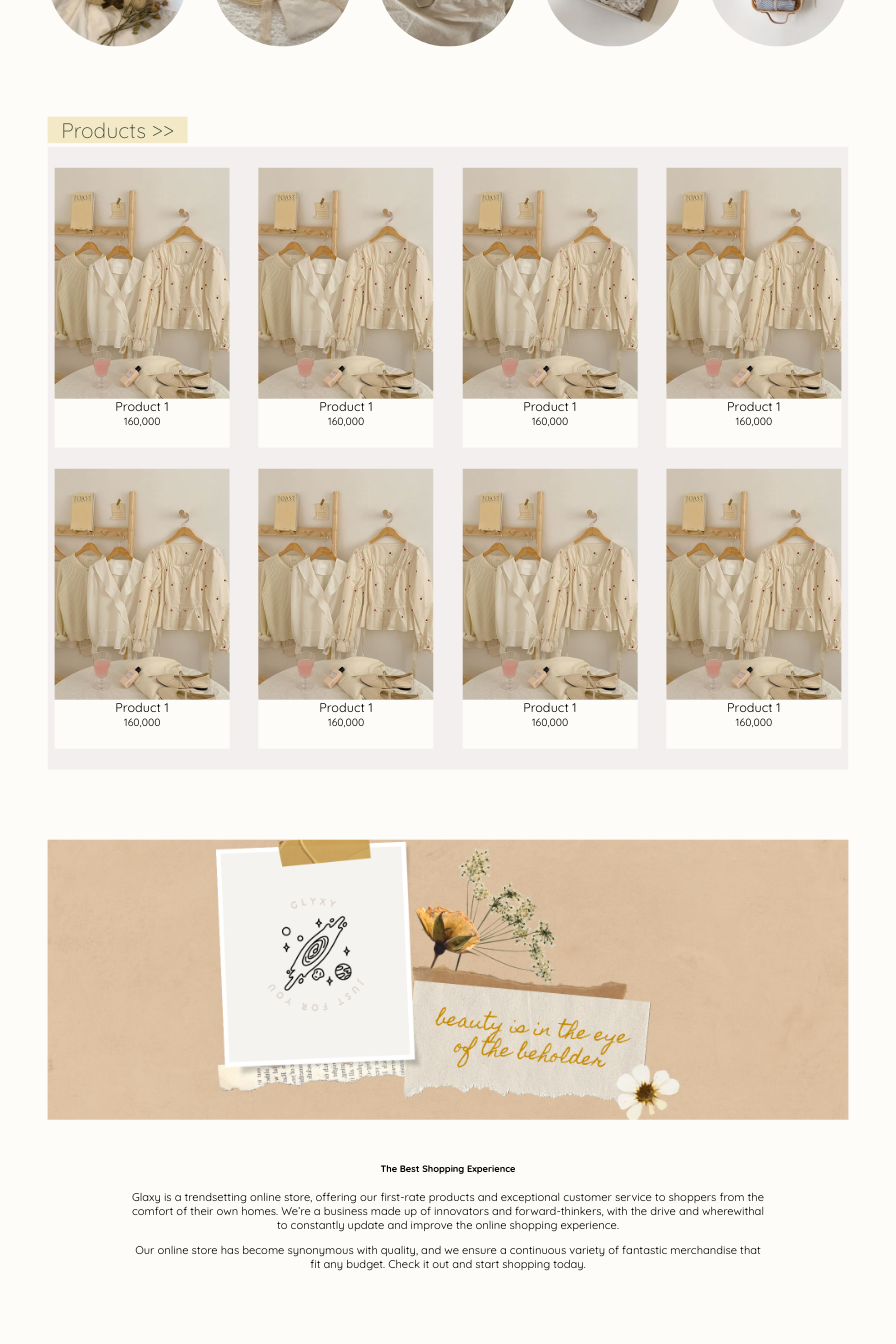
Repository: nganha241/store
Page: index.html
The author's editor kept a copy of each file at every save. The page is drawn from the files as they stood at one save, then again after the next save.
The browser window is 1280 px wide. The pictures show the part of the page from y = 1261 to 3181 px (the page is 3181 px tall), at 70% of full size.
Some web libraries are served in a nearby version.

Above is the page before, as saved 2022-04-16 20:39:31.

### index.html
<!DOCTYPE html>
<html lang="en">
  <head>
    <meta charset="UTF-8" />
    <meta http-equiv="X-UA-Compatible" content="IE=edge" />
    <meta name="viewport" content="width=device-width, initial-scale=1.0" />
    <title>Document</title>
    <link rel="stylesheet" href="style.css" />
  </head>
  <body>
    <div class="header">
      <div class="tools">
        <div class="notification">
          <i class="fa-solid fa-bell"></i>
        </div>
        <div class="account">
          <i class="fa-solid fa-circle-user"></i>
          <span><i class="fa-solid fa-angle-down"></i></span>
        </div>
        <div class="cart">
          <i class="fa-solid fa-bag-shopping"></i>
        </div>
      </div>
      <hr />
      <nav>
        <div class="logo"><a href="#">Glyxy</a></div>
        <ul class="menu">
          <li><a href="#">Home</a></li>
          <li><a href="#">New Collection</a></li>
          <li><a href="#">Shop</a></li>
          <li><a href="#">About Us</a></li>
          <li><a href="#">Support</a></li>
        </ul>
      </nav>
      <div class="banner">
        <div class="slogan">
          <h4>One-of-a-Kind Items</h4>
          <p>Easy, Fun Shopping</p>
        </div>
        <div class="img-banner">
          <img src="./img/banner.jpg" alt="" />
        </div>
      </div>
    </div>
    <div class="section">
      <div class="into-title">
        <h1>Welcome</h1>
      </div>
      <div class="intro">
        <div class="intro-card">
          <div class="intro-img">
            <img src="./img/intro/i1.jpg" alt="" />
          </div>
        </div>
        <div class="intro-card">
          <div class="intro-img">
            <img src="./img/intro/i2.jpg" alt="" />
          </div>
        </div>
        <div class="intro-card">
          <div class="intro-img">
            <img src="./img/intro/i3.jpg" alt="" />
          </div>
        </div>
        <div class="intro-card">
          <div class="intro-img">
            <img src="./img/intro/i4.jpg" alt="" />
          </div>
        </div>
        <div class="intro-card">
          <div class="intro-img">
            <img src="./img/intro/i5.jpg" alt="" />
          </div>
        </div>
      </div>
      <div class="pro-title">
        <h2><a href="#">Products >></a></h2>
      </div>
      <div class="products">
        <div class="card">
          <div class="pro-img">
            <img src="./img/products/p1.jpg" alt="" />
          </div>
          <div class="pro-name">Product 1</div>
          <div class="pro-price">160,000</div>
          <div class="add-cart">
            <button>Thêm vào giỏ hàng</button>
          </div>
        </div>
        <div class="card">
          <div class="pro-img">
            <img src="./img/products/p1.jpg" alt="" />
          </div>
          <div class="pro-name">Product 1</div>
          <div class="pro-price">160,000</div>
          <div class="add-cart">
            <button>Thêm vào giỏ hàng</button>
          </div>
        </div>
        <div class="card">
          <div class="pro-img">
            <img src="./img/products/p1.jpg" alt="" />
          </div>
          <div class="pro-name">Product 1</div>
          <div class="pro-price">160,000</div>
          <div class="add-cart">
            <button>Thêm vào giỏ hàng</button>
          </div>
        </div>
        <div class="card">
          <div class="pro-img">
            <img src="./img/products/p1.jpg" alt="" />
          </div>
          <div class="pro-name">Product 1</div>
          <div class="pro-price">160,000</div>
          <div class="add-cart">
            <button>Thêm vào giỏ hàng</button>
          </div>
        </div>
        <div class="card">
          <div class="pro-img">
            <img src="./img/products/p1.jpg" alt="" />
          </div>
          <div class="pro-name">Product 1</div>
          <div class="pro-price">160,000</div>
          <div class="add-cart">
            <button>Thêm vào giỏ hàng</button>
          </div>
        </div>
        <div class="card">
          <div class="pro-img">
            <img src="./img/products/p1.jpg" alt="" />
          </div>
          <div class="pro-name">Product 1</div>
          <div class="pro-price">160,000</div>
          <div class="add-cart">
            <button>Thêm vào giỏ hàng</button>
          </div>
        </div>
        <div class="card">
          <div class="pro-img">
            <img src="./img/products/p1.jpg" alt="" />
          </div>
          <div class="pro-name">Product 1</div>
          <div class="pro-price">160,000</div>
          <div class="add-cart">
            <button>Thêm vào giỏ hàng</button>
          </div>
        </div>
        <div class="card">
          <div class="pro-img">
            <img src="./img/products/p1.jpg" alt="" />
          </div>
          <div class="pro-name">Product 1</div>
          <div class="pro-price">160,000</div>
          <div class="add-cart">
            <button>Thêm vào giỏ hàng</button>
          </div>
        </div>
      </div>
      <div class="about-us">
        <div class="about-img">
          <img src="./img/about/about.png" alt="" />
        </div>
        <div class="about-text">
          <h5>The Best Shopping Experience</h5>
          <p>
            Glaxy is a trendsetting online store, offering our first-rate
            products and exceptional customer service to shoppers from the
            comfort of their own homes. We’re a business made up of innovators
            and forward-thinkers, with the drive and wherewithal to constantly
            update and improve the online shopping experience.
          </p>
          <p>
            Our online store has become synonymous with quality, and we ensure a
            continuous variety of fantastic merchandise that fit any budget.
            Check it out and start shopping today.
          </p>
        </div>
      </div>
    </div>
    <div class="footer"></div>

    <script
      src="https://kit.fontawesome.com/ae971d7ee0.js"
      crossorigin="anonymous"
    ></script>
    <script src="./main.js"></script>
  </body>
</html>

### style.css
@import url('https://fonts.googleapis.com/css2?family=Quicksand:wght@300;400;500;600;700&family=Space+Grotesk:wght@300;400&display=swap');

* {
    font-family: 'Quicksand', sans-serif;
    box-sizing: border-box;
}

body {
    background: #fdfcf9;
    position: relative;
    height: auto;
    padding: 40px 60px;
}

a {
    text-decoration: none;
}

li {
    list-style: none;
}

.header .tools {
    display: flex;
    justify-content: flex-end;
    gap: 15px;
}

.header .tools .notification,
.header .tools .account,
.header .tools .cart {
    cursor: pointer;
}

.header .tools .fa-solid {
    font-size: 22px;
    color: #ae582d;
}

.header .tools .account span .fa-solid{
    font-size: 18px;
    color: #111;
    margin-left: 10px;
    margin-right: 15px;
}

.header .tools .account:hover .fa-solid{
    color: #ae582d;
}

.header hr {
    background: #48503c;
}

.header nav {
    display: flex;
    width: 100%;
}

.header nav .logo {
    width: 50%;
    padding-top: 20px;
}

.header nav .logo a{
    font-family: 'Space Grotesk', sans-serif;
    font-size: 30px;
    color: #48503c;
    font-weight: 100;

}

.header nav .logo a:hover {
    color: #111;
}

.header nav .menu {
    display: flex;
    gap: 15px;
    padding-top: 7px;
    justify-content: flex-end;
    width: 50%;
}

.header nav .menu li {
    float: left;
}

.header nav .menu li a {
    display: block;
    padding: 6px 0px 0px 15px;
    color: #48503c;
}

.header nav .menu li:hover a {
    color: #111;
}

.header .banner {
    width: 100%;
    height: 700px;
    display: flex;
    align-items: center;
    margin-top: 30px;
    position: relative;
}

.header .banner .slogan {
    width: 50%;
    padding-left: 60px;
    padding-right: 20px;
}

.header .banner .slogan h4 {
    color: #ae582d;
    font-family: 'Space Grotesk', sans-serif;
    font-size: 60px;
    font-weight: 200;
}

.header .banner .slogan p {
    font-size: 20px;
    color: #515a54;
    margin-top: -50px;
}

.header .banner .img-banner{
    width: 50%;
    height: 100%;
}

.header .banner .img-banner img {
    width: 100%;
    height: 100%;
    object-fit: cover;
}

.section {
    height: auto;
    margin-top: 100px;

}

.section .into-title {
    margin-top: 100px;
    text-align: center;
}

.section .into-title h1 {
    font-family: 'Space Grotesk', sans-serif;
    font-size: 50px;
}

.section .intro {
    display: flex;
    flex-wrap: wrap;
    justify-content: space-between;
    margin-bottom: 100px;
    margin-top: 80px;
    gap: 10px;
}

.section .intro .intro-card .intro-img {
    width: 200px;
    height: 200px;
}

.section .intro .intro-card .intro-img img {
    width: 100%;
    height: 100%;
    border-radius: 50%;
}

.section .pro-title{
    height: auto;
    width: 200px;
    background: #f4e9c7;
    text-align: center;
    margin-bottom: -15px;
}

.section .pro-title h2 a{
    font-size: 30px;
    color: #48503c;
    font-weight: 200;
}

.section .products {
    display: flex;
    flex-wrap: wrap;
    justify-content: space-between;
    row-gap: 30px;
    padding: 30px 10px;
    background: rgb(244, 239, 239);
}

.section .products .card {
    width: 250px;
    height: 400px;
    background: #fdfcf9;
    text-align: center;
    cursor: pointer;
    transition: 0.4s;
    position: relative;
}

.section .products .card:hover {
    transform: scale(1.1 , 1.1);
    background: rgba(255, 255, 255, 0.4);

}

.section .products .card .pro-img {
    height: 330px;
}

.section .products .card .pro-img img{
    width: 100%;
    height: 100%;
    object-fit: cover;
}

.section .products .card .pro-name {
    font-size: 18px;
}

.section .products .card .pro-price {
    font-size: 15px;
}

.section .products .card .add-cart {
    margin-top: -220px;

}

.section .products .card .add-cart button{
    opacity: 0;
    height: 40px;
    background: #ae582d;
    border: 0;
    cursor: pointer;
    transition: 0.4s;
    color: #fff;
}

.section .products .card:hover .add-cart button {
    transition: 0.4s;
    opacity: 1;
}

.section .products .card .add-cart button:hover {
    transform: scale(1.1);
}

.about-us {
    margin-top: 100px;
}

.about-img {
    height: 400px;
}

.about-img img{
    width: 100%;
    height: 100%;
    object-fit: cover;
}

.about-us .about-text {
    padding: 40px 120px;
    text-align: center;
}

### main.js
const banners = document.querySelectorAll(".img-banner .image img");
const slider = document.querySelector(".slider img");

let countIndex = 0;
let currentIndex;

// setInterval(
//   banners.forEach((banner, index) => {
//     currentIndex = countIndex;
//     countIndex = index;
//     console.log(currentIndex);
//     console.log(countIndex);
//     slider.src = banner.src;
//   }),
//   1000
// );

banners.forEach((banner) => {
  currentIndex = countIndex;
  countIndex++;
  console.log(currentIndex);
  console.log(countIndex);
  slider.src = banner.src;
});

After the next save:
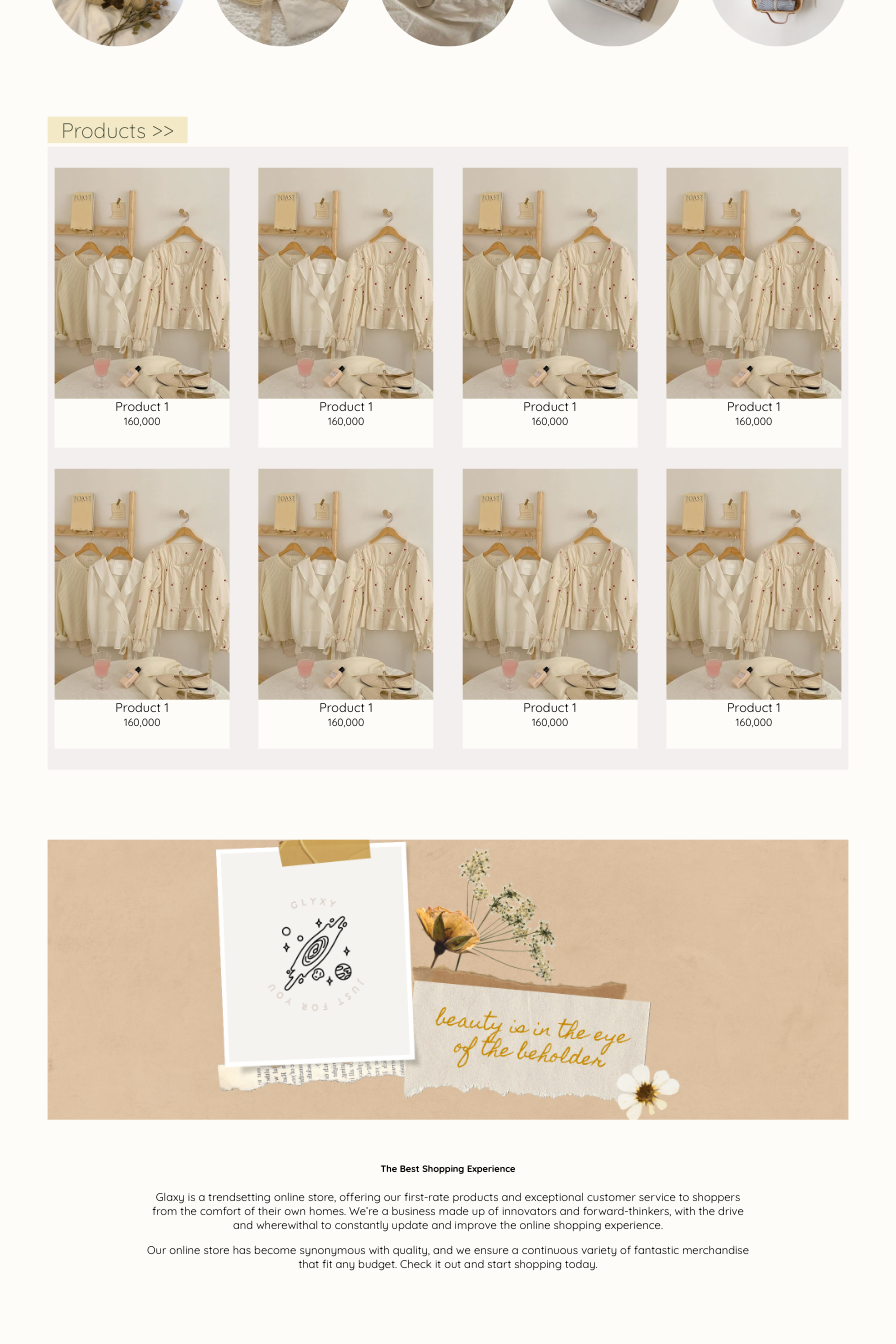
Saved 6 s later.
--- a/style.css
+++ b/style.css
@@ -267,6 +267,6 @@ li {
 }
 
 .about-us .about-text {
-    padding: 40px 120px;
-    text-align: center;
-}
+    padding: 40px 140px;
+    text-align: center;
+}
